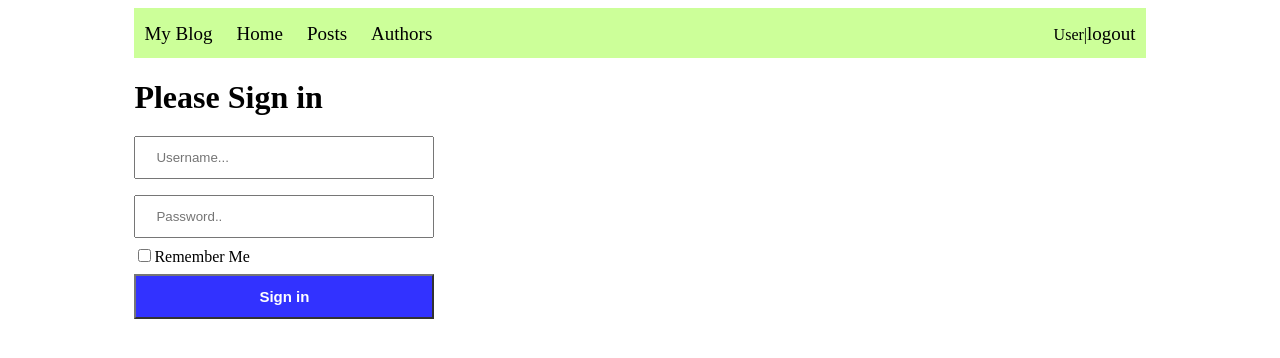
Repository: Software284/servlet-jsp-project
Page: http://localhost/Crud_WIth_Spring_Mvc_and_Hibernate_with_xml/
An editor plug-in stored every save of this project. The page is shown before and after the next save, followed by the edit.
The browser window is 1280 px wide. The pictures show the whole page.
The page is served by Tomcat 9. Other server files are loaded and not shown.

Above is the page before, as saved 2020-06-13 19:47:38.

### Crud WIth Spring Mvc and Hibernate with xml/WebContent/index.jsp
<%@ page language="java" contentType="text/html; charset=ISO-8859-1"
    pageEncoding="ISO-8859-1"%>
<!DOCTYPE html>
<html>
<head>
<title>Bootstrap Example</title>
<link type="text/css" rel="stylesheet" href="${pageContext.request.contextPath}/resource/css/style.css">
  <meta charset="utf-8">
  <style type="text/css">
  	.header
  	{
  	    width: 80%;
  	    height:50px;
  	    margin-left: 10%;
  		background-color: #ccff99;
  		padding:0px;
  	}
  	ul
  	{

  		margin:0px;
  		padding:0px;

  	}
  	ul li
  	{
  		display: inline-block;
  		margin-top: 10px;  		margin-left: 5px;
  		padding: 5px;
  		list-style-type: none;
  		margin-right: 5px;

  	}
  	ul li a
  	{
  		color:#fff;
  		text-decoration: none;
  		font-size: 19px;
  		color:#000;
  	}
  	ul li.right
  	{
  		float:right;
  	}
  	h1
  	{
  		margin-left:10%;
  		margin-bottom: 12px;
  		font-weight: bold;
  	}
  	form
  	{
  		margin-left: 10%;
  		max-width: 300px;
  	}
  input[type=text]
   {
  width: 100%;
  padding: 12px 20px;
  margin: 8px 0;
  box-sizing: border-box;
}
input[type=submit]
{
	width: 100%;
	display: block;
	font-weight: bold;
	font-size: 15px;
	margin-top: 8px;
	background-color: #0000ff;
	color: white;
	padding: 12px 20px;
	opacity: 0.8;
}



.dropdown {
  position: relative;
  display: inline-block;
}

.dropdown-content {
  display: none;
  position: absolute;
  background-color: #f9f9f9;
  min-width: 160px;
  box-shadow: 0px 8px 16px 0px rgba(0,0,0,0.2);
  z-index: 1;
}

.dropdown-content a {
  color: black;
  padding: 12px 16px;
  text-decoration: none;
  display: block;
}

.dropdown-content a:hover {background-color: #f1f1f1}

.dropdown:hover .dropdown-content {
  display: block;
}



  @Media(max-width: 700px)
  {
  	.header ul li a
  	{
  		font-size: 15px;
  	}
  }
   @Media(max-width: 400px)
  {
  	.header ul li a
  	{
  		font-size: 10px;
  	}

  }





  </style>
</head>
<body>
   <div class="header">
   	<ul>
   		<li><a href="#">My Blog</a></li>
   		<li><a href="#">Home</a></li>
   		<li class="dropdown">
   			<a href="#" class="dropbtn" >Posts</a>
   			<div class="dropdown-content">
   				<a href="#">Link1</a>
   				<a href="#">Link2</a>
   				<a href="#">Link3</a>
   			</div>
   		</li>
   		<li class="dropdown">
   			<a href="#" class="dropbtn">Authors</a>
   			<div class="dropdown-content">
   				<a href="#">Link1</a>
   				<a href="#">Link2</a>
   				<a href="#">Link3</a>
   			</div>

   		</li>
   		<li class="right">User|<a href="#">logout</a></li>
   	</ul>
   </div>
   <h1>Please Sign in</h1>
   <form action="Crud/login" method="post">
  <input type="text" id="username" name="username" placeholder="Username...">
  <input type="text" id="lname" name="password" placeholder="Password..">
  <input type="hidden" name="page" value="1"/>
  <input type="checkbox" name="">Remember Me
  <input type="submit" value="Sign in">
</form>

</body>
</html>

Loaded but not shown: Crud WIth Spring Mvc and Hibernate with xml/WebContent/resource/css/style.css (common file)

After the next save:
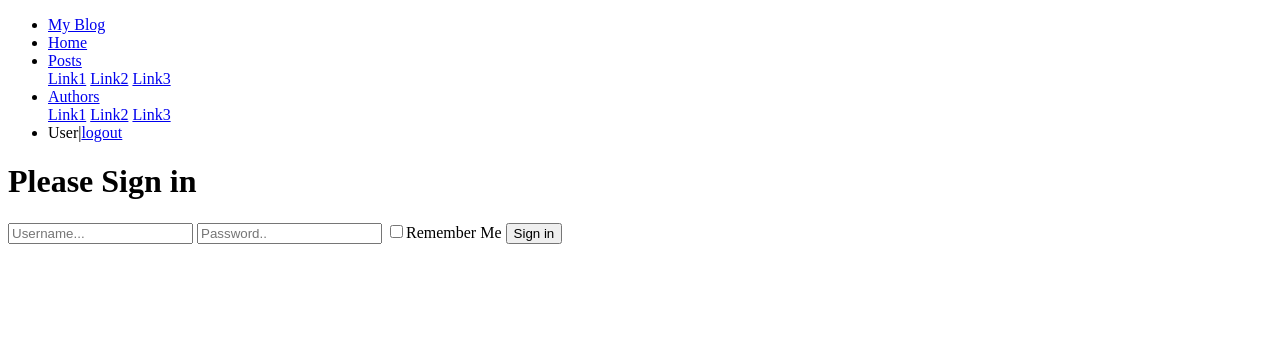
Saved 79 s later.
--- a/Crud WIth Spring Mvc and Hibernate with xml/WebContent/index.jsp
+++ b/Crud WIth Spring Mvc and Hibernate with xml/WebContent/index.jsp
@@ -7,118 +7,7 @@
 <link type="text/css" rel="stylesheet" href="${pageContext.request.contextPath}/resource/css/style.css">
   <meta charset="utf-8">
   <style type="text/css">
-  	.header
-  	{
-  	    width: 80%;
-  	    height:50px;
-  	    margin-left: 10%;
-  		background-color: #ccff99;
-  		padding:0px;
-  	}
-  	ul
-  	{
 
-  		margin:0px;
-  		padding:0px;
-
-  	}
-  	ul li
-  	{
-  		display: inline-block;
-  		margin-top: 10px;  		margin-left: 5px;
-  		padding: 5px;
-  		list-style-type: none;
-  		margin-right: 5px;
-
-  	}
-  	ul li a
-  	{
-  		color:#fff;
-  		text-decoration: none;
-  		font-size: 19px;
-  		color:#000;
-  	}
-  	ul li.right
-  	{
-  		float:right;
-  	}
-  	h1
-  	{
-  		margin-left:10%;
-  		margin-bottom: 12px;
-  		font-weight: bold;
-  	}
-  	form
-  	{
-  		margin-left: 10%;
-  		max-width: 300px;
-  	}
-  input[type=text]
-   {
-  width: 100%;
-  padding: 12px 20px;
-  margin: 8px 0;
-  box-sizing: border-box;
-}
-input[type=submit]
-{
-	width: 100%;
-	display: block;
-	font-weight: bold;
-	font-size: 15px;
-	margin-top: 8px;
-	background-color: #0000ff;
-	color: white;
-	padding: 12px 20px;
-	opacity: 0.8;
-}
-
-
-
-.dropdown {
-  position: relative;
-  display: inline-block;
-}
-
-.dropdown-content {
-  display: none;
-  position: absolute;
-  background-color: #f9f9f9;
-  min-width: 160px;
-  box-shadow: 0px 8px 16px 0px rgba(0,0,0,0.2);
-  z-index: 1;
-}
-
-.dropdown-content a {
-  color: black;
-  padding: 12px 16px;
-  text-decoration: none;
-  display: block;
-}
-
-.dropdown-content a:hover {background-color: #f1f1f1}
-
-.dropdown:hover .dropdown-content {
-  display: block;
-}
-
-
-
-  @Media(max-width: 700px)
-  {
-  	.header ul li a
-  	{
-  		font-size: 15px;
-  	}
-  }
-   @Media(max-width: 400px)
-  {
-  	.header ul li a
-  	{
-  		font-size: 10px;
-  	}
-
-  }
 
 
 
